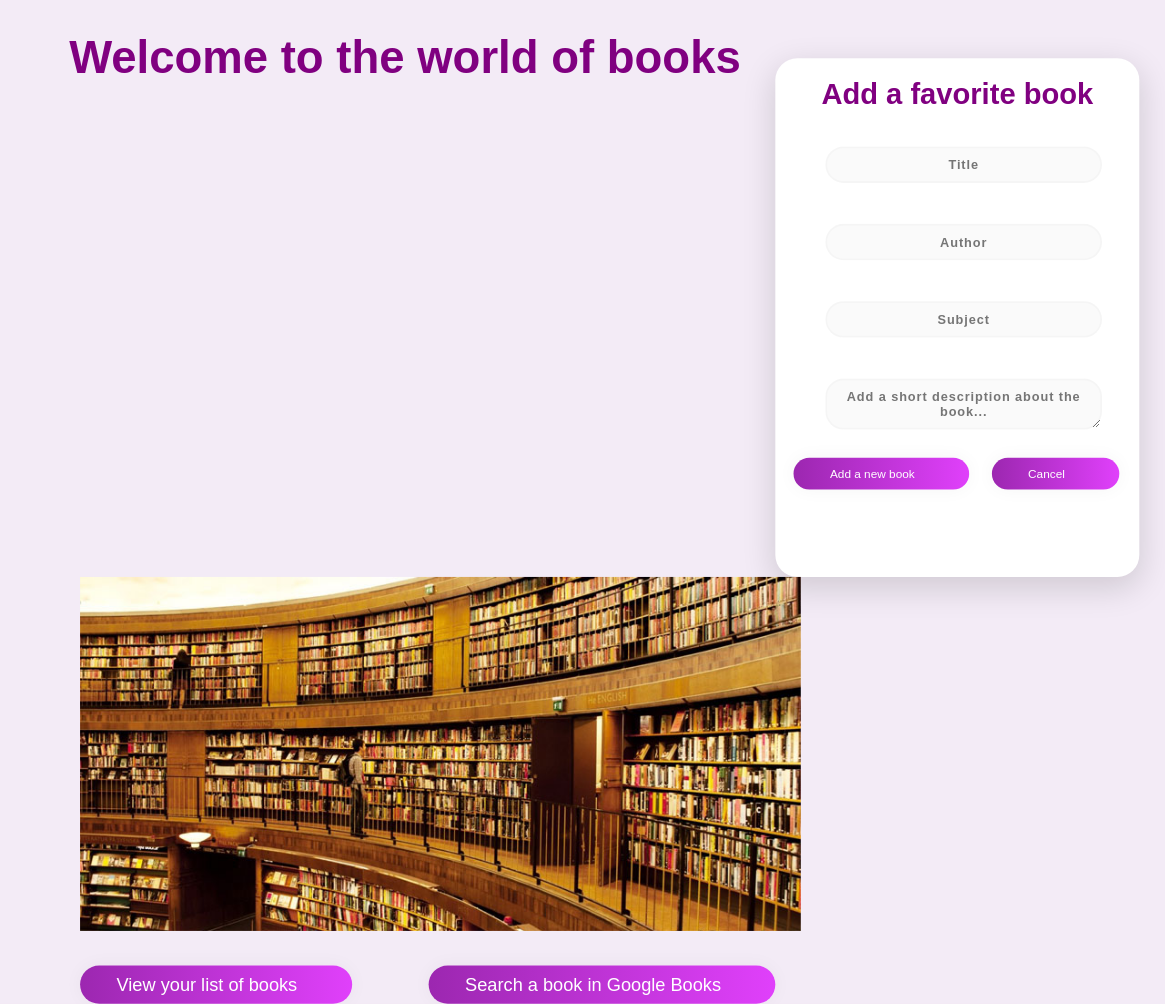
Repository: marinaserbanoiu/Cloud-Computing-Project
Page: server/frontend/index.html
The author's editor kept a record of every edit. The page is drawn from the files as they stood at one moment, then again after the next edit.
The browser window is 1280 px wide. The pictures show the whole page, at 91% of full size.

Above is the page before.

After the next edit:
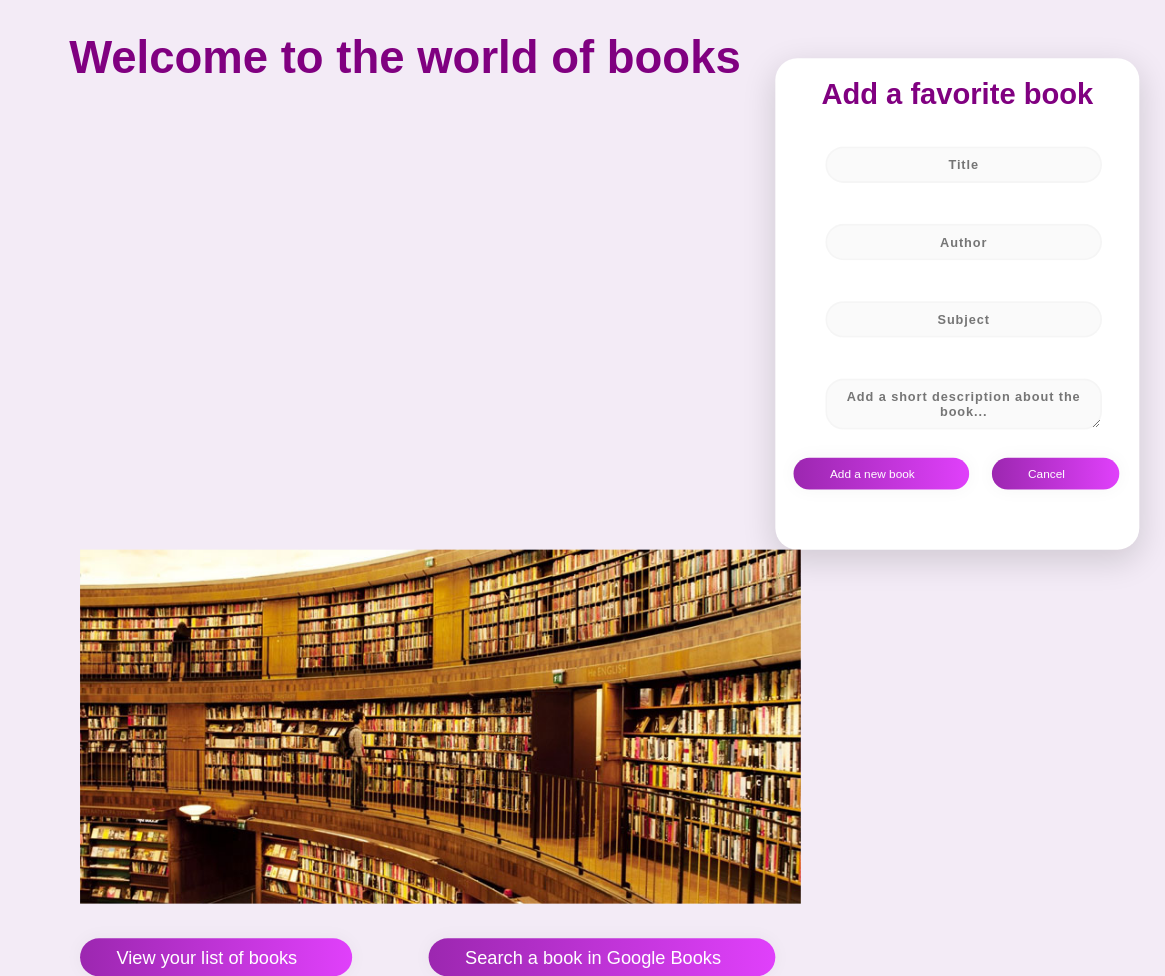
The edit:
--- a/server/frontend/index.html
+++ b/server/frontend/index.html
@@ -11,7 +11,7 @@
     .id{
          background-color: #FFFFFF;
         width: 400px;
-        height: 570px;
+        height: 540px;
         float: right;
         margin-top: 30px;
         margin-right: 20px;
